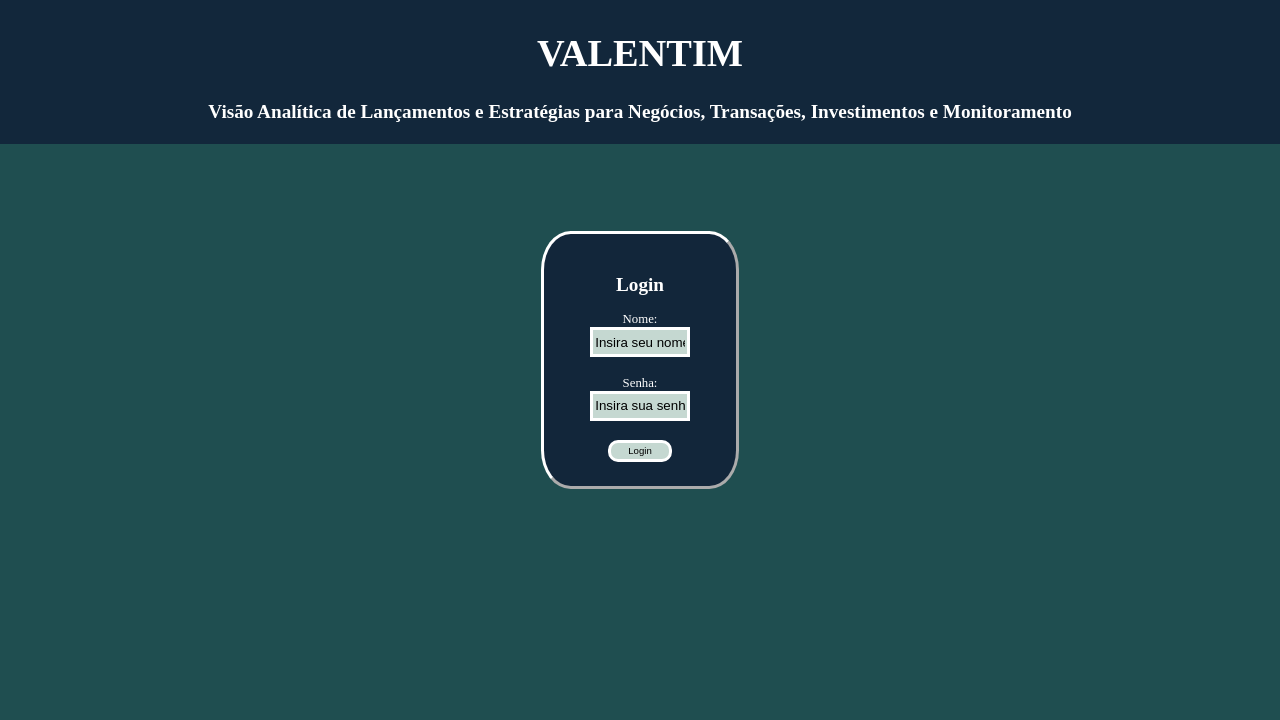
Repository: Matheus-Lacerda009/ERP-Financeiro
Page: Front/index.html
An editor plug-in stored every save of this project. The page is shown before and after the next save, followed by the edit.
The browser window is 1280 px wide. The pictures show the whole page.

Above is the page before, as saved 2026-07-13 19:28:11.

After the next save:
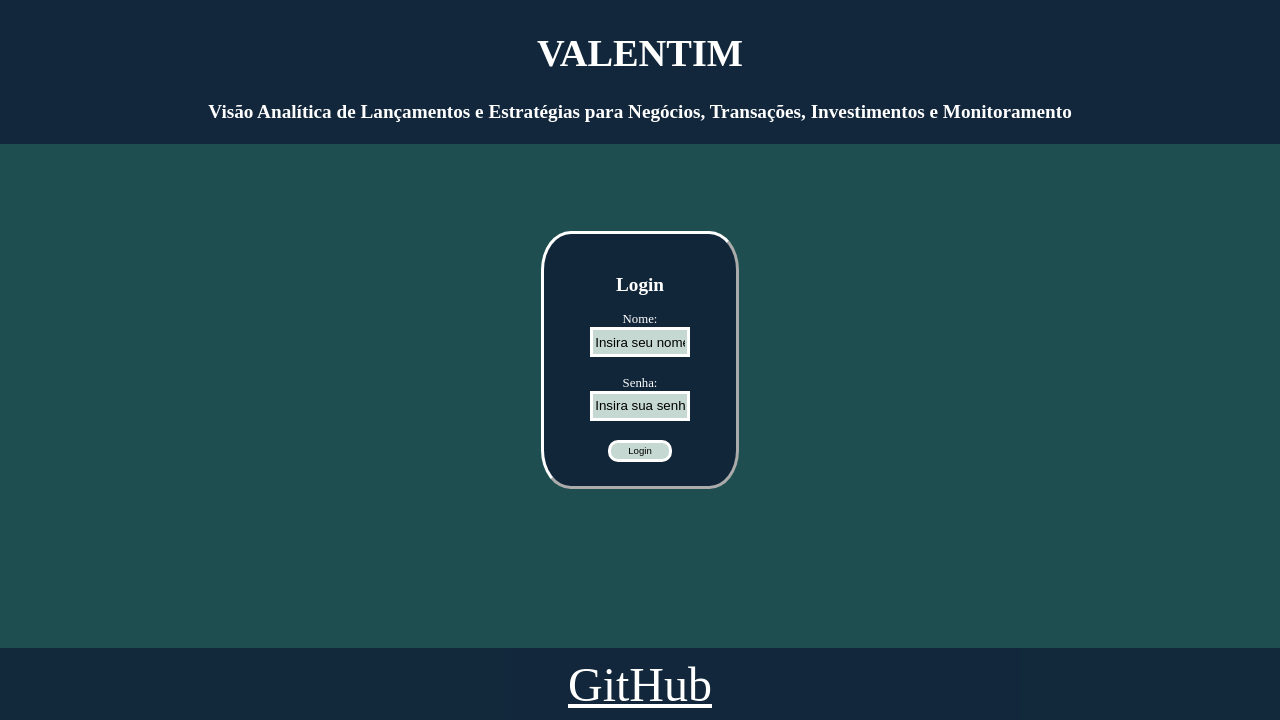
Saved 52 s later.
--- a/Front/index.css
+++ b/Front/index.css
@@ -14,7 +14,7 @@ footer{
     bottom: 0;
     left: 0;
     width: 100%;
-    height: 0%;
+    height: 10%;
     background-color: #12263af3;
     text-align: center;
     align-content: center;
